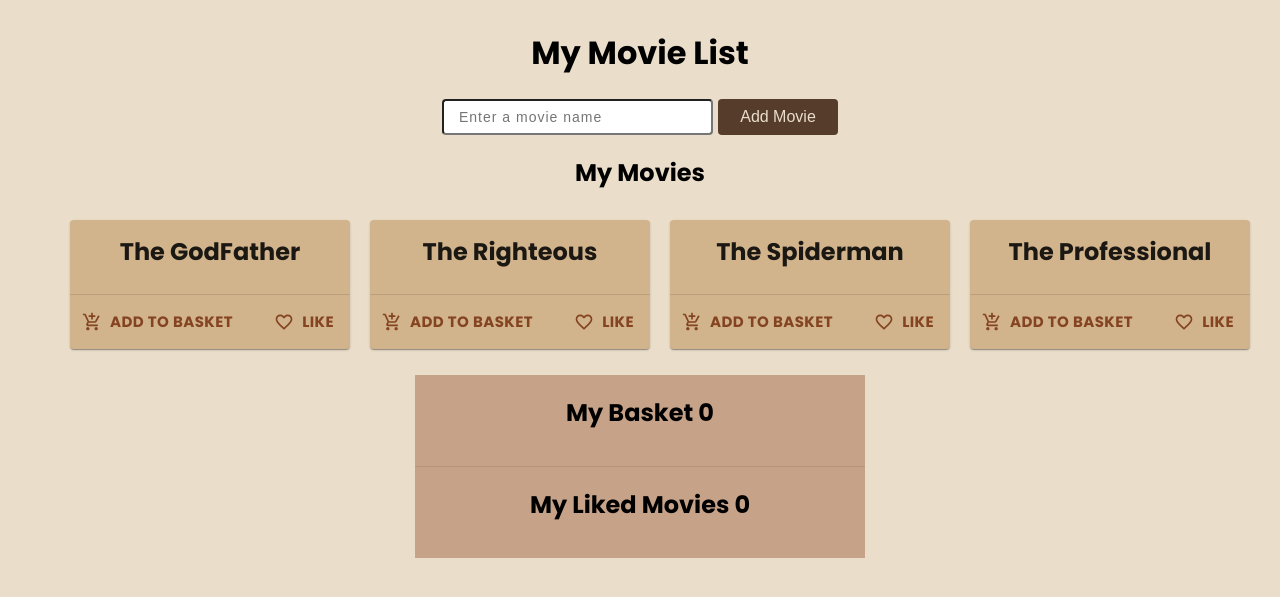
Repository: sinchana-p-iVoyant/redux-movie-store
Page: /
The author's editor kept a copy of each file at every save. The page is drawn from the files as they stood at one save, then again after the next save.
The browser window is 1280 px wide. The pictures show the whole page.
The project was rebuilt for these pictures with package versions that can differ from the ones it lists, and the page was loaded fresh each time. Also part of the build but not shown: vite.config.ts.

Above is the page before, as saved 2024-02-15 13:21:12.

After the next save:
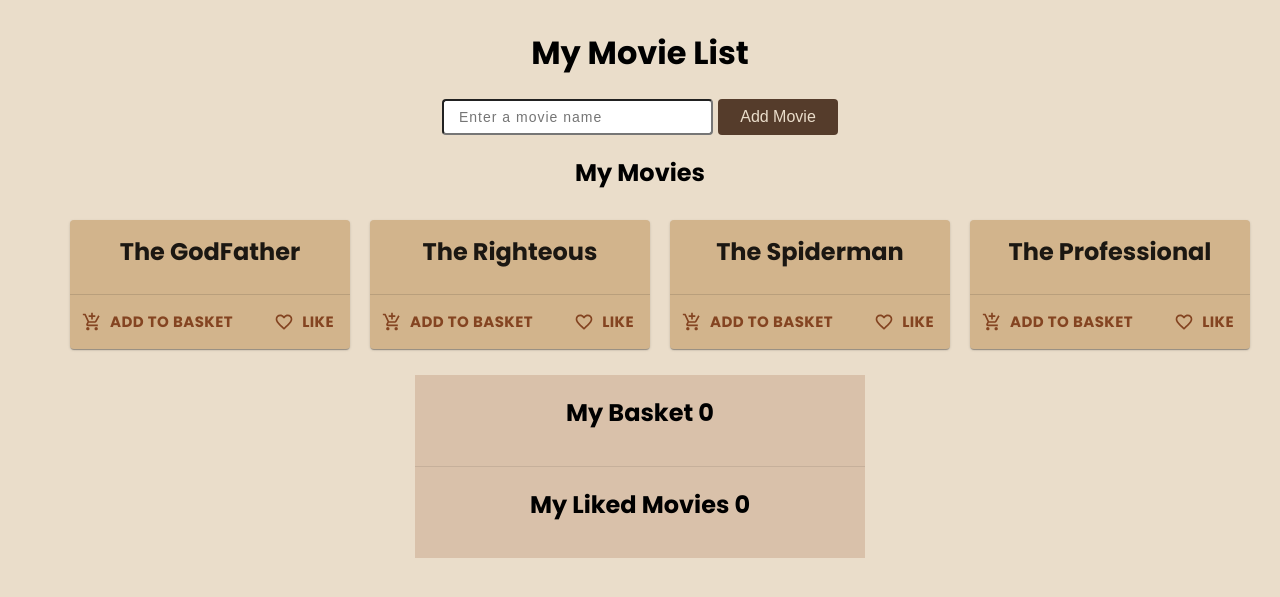
Saved 10 s later.
--- a/src/App.css
+++ b/src/App.css
@@ -80,7 +80,7 @@ input {
 /* ------------------- */
 
 .basket-container, .liked-container {
-  background-color: #81320756;
+  background-color: #8132072a;
   width: 450px;
   /* text-align: center; */
 }
